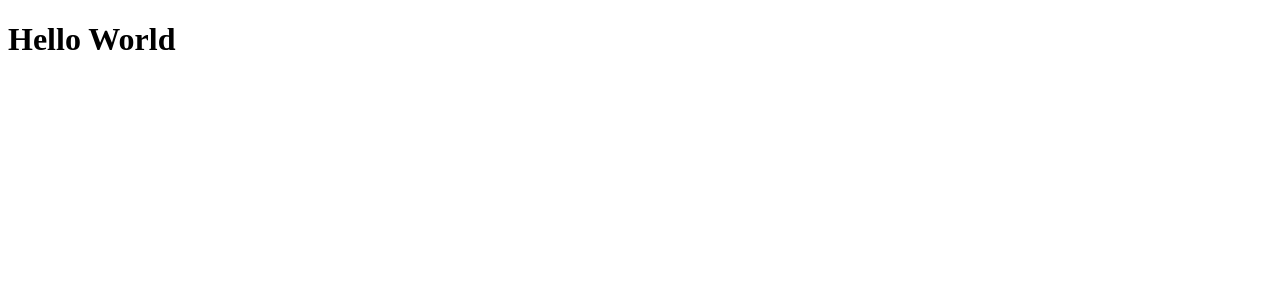
Repository: meet542/AdvanceJava
Page: http://localhost/Web-Project/
The author's editor kept a copy of each file at every save. The page is drawn from the files as they stood at one save, then again after the next save.
The browser window is 1280 px wide. The pictures show the whole page.
The page is served by Tomcat 9.

Above is the page before, as saved 2026-08-21 12:13:08.

After the next save:
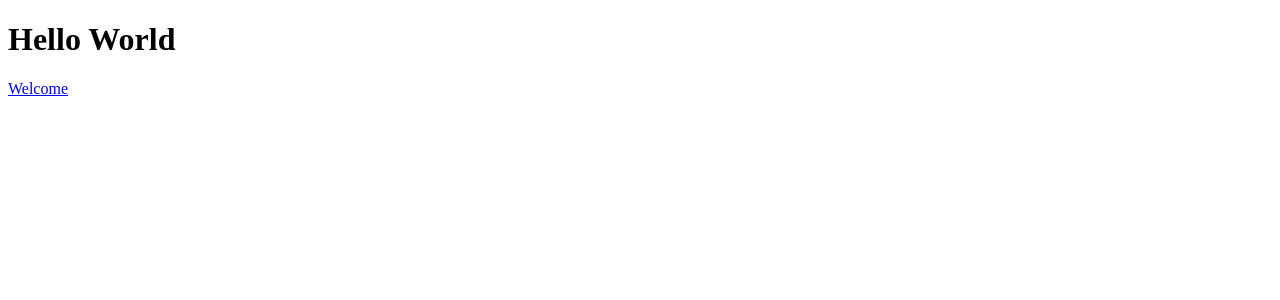
Saved 50 s later.
--- a/jspServlet-Workspace/Web-Project/src/main/webapp/index.jsp
+++ b/jspServlet-Workspace/Web-Project/src/main/webapp/index.jsp
@@ -8,5 +8,6 @@
 </head>
 <body>
 	<h1>Hello World</h1>
+	<a href="WelcomeCtl">Welcome</a>
 </body>
 </html>
